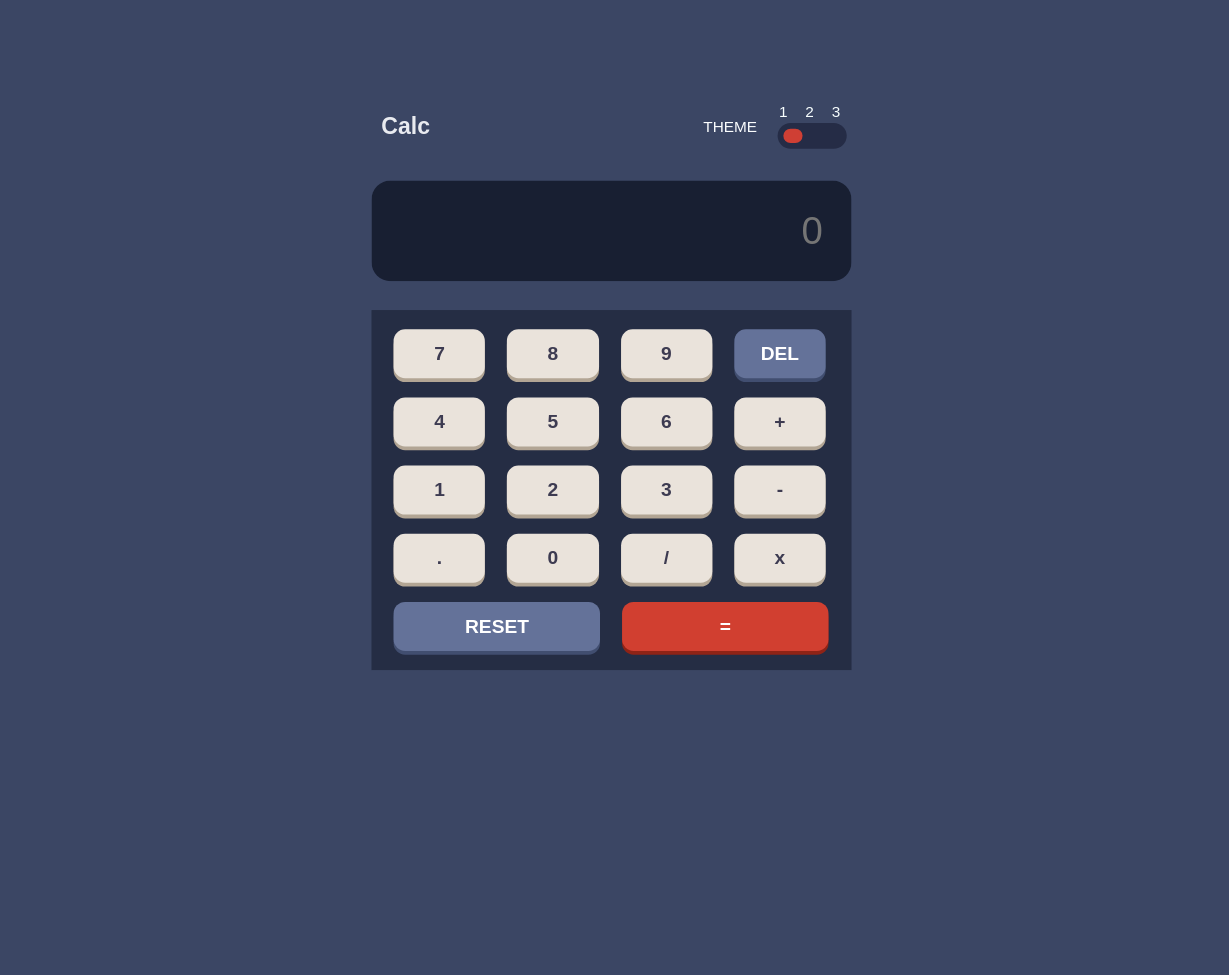
Repository: Bakyproit/Calcutor
Page: index.html
These files come from the project's save history. The page is drawn as it stood at one moment and after the next save; the edit follows.
The browser window is 1280 px wide. The pictures show the whole page, at 96% of full size.

Above is the page before, as saved 2022-02-10 13:39:35.
Console error: ReferenceError: script is not defined

### index.html
<!DOCTYPE html>
<html lang="en">
<head>
    <meta charset="UTF-8">
    <meta http-equiv="X-UA-Compatible" content="IE=edge">
    <meta name="viewport" content="width=device-width, initial-scale=1.0">
    <title>SimpleCalculatorApp</title>
    <link rel="stylesheet" href="asset/App.css">
    <link rel="stylesheet" href="asset/grid.css">
    <script src="./app.js"></script>
</head>
<body>
    <div class="container">
        <div class="app">
            <div class="app__title">
                <h1 class="app__title-name">Calc</h1>
                <div class="app__title-theme">
                    <p class="app__title-theme-name">THEME</p>
                    <div class="app__title-theme-box">
                        <div class="app__title-theme-box-number">
                            <span class="app__title-theme-box-number-1">1</span>
                            <span class="app__title-theme-box-number-2">2</span>
                            <span class="app__title-theme-box-number-3">3</span>
                        </div>
                        <div class="app__title-theme-box-toggle">
                            <label for="toggle-input" class="toggle">
                                <input type="checkbox" id="toggle-input" class="toggle__checkbox">
                                <div class="toggle__bar">
                                    <div class="toggle__spin"></div>
                                </div>
                            </label>
                        </div>
                    </div>
                </div>
            </div>

            <div class="app__result">
                <input type="text" class="app__result-output" placeholder="0" id="result">
                <!-- <h1 class="app__result-number">399,981</h1> -->
            </div>

            <div class="app__content">
                <div class="app__content-number">
                    <div class="button">
                        <span class="number" onclick="numShow('7')">7</span>
                    </div>
                    <div class="button">
                        <span class="number" onclick="numShow('8')">8</span>
                    </div>
                    <div class="button">
                        <span class="number" onclick="numShow('9')">9</span>
                    </div>
                    <div class="button button-del">
                        <span class="number number-del" onclick="numShow('DEL')">DEL</span>
                    </div>

                    <div class="button">
                        <span class="number" onclick="numShow('4')">4</span>
                    </div>
                    <div class="button">
                        <span class="number" onclick="numShow('5')">5</span>
                    </div>
                    <div class="button">
                        <span class="number" onclick="numShow('6')">6</span>
                    </div>
                    <div class="button">
                        <span class="number" onclick="numShow('+')">+</span>
                    </div>

                    <div class="button">
                        <span class="number" onclick="numShow('1')">1</span>
                    </div>
                    <div class="button">
                        <span class="number" onclick="numShow('2')">2</span>
                    </div>
                    <div class="button">
                        <span class="number" onclick="numShow('3')">3</span>
                    </div>
                    <div class="button">
                        <span class="number" onclick="numShow('-')">-</span>
                    </div>

                    <div class="button">
                        <span class="number" onclick="numShow('.')">.</span>
                    </div>
                    <div class="button">
                        <span class="number" onclick="numShow('0')">0</span>
                    </div>
                    <div class="button">
                        <span class="number" onclick="numShow('/')">/</span>
                    </div>
                    <div class="button">
                        <span class="number" onclick="numShow('x')">x</span>
                    </div>

                    <div class="app__content-number-footer">
                        <div class="button botton-reset">
                            <span class="number number-reset" onclick="numShow('RESET')">RESET</span>
                        </div>
                        <div class="button botton-return">
                            <span class="number number-return" onclick="numShow('=')">=</span>
                        </div>
                    </div>
                </div>
            </div>
        </div>
    </div>
</body>
</html>

### asset/App.css
html{
    font-family:Arial, Helvetica, sans-serif ;
    box-sizing: border-box;
    padding: 0;
    margin: 0;
}
h1{
    margin: 0;
}
body{
    background-color: #3b4664;
}

.container{
    width: 100%;
    min-height: 1000px;
    position: relative;
}
.app{
    width: 500px;
    position:absolute ;
    top:100px ;
    left:30%;

}
.app__title{
    display: flex;
    justify-content:space-between;

}
.app__title-name{
    color : #e9ebf0 ;
    font-size: 24px;
    padding: 10px;
}
.app__title-theme{
    display: flex;
}
.app__title-theme-name{
    color :20px ;
    color:#fcfeff ;
    margin-right: 16px;
}
.app__title-theme-box{
    display: flex;
    flex-direction: column;
    padding-right: 5px;
}
.app__title-theme-box-number{
    color : #f8ffff ;
}
.app__title-theme-box-number-1{
    padding: 0 7px;
}
.app__title-theme-box-number-2{
    padding: 0 7px;

}
.app__title-theme-box-number-3{
    padding: 0 7px;

}
.app__title-theme-box-toggle{
    padding-top: 2px;
    padding-left: 5px;
}
.toggle__checkbox{
    display: none;
}
.toggle__bar{
    width: 60px;
    height: 15px;
    background-color: #252c46;
    border-radius: 5rem;
    /* transition: background-color 4s linear; */
    padding: 6px;
    cursor: pointer;
}
.toggle__spin{
    width: 20px;
    height: 15px;
    background-color: #cf3f34;
    border-radius: 3rem;
    transition: transform .3s linear;
    cursor: pointer;
}
.toggle__checkbox:checked ~ .toggle__bar{
    background-color: #a2aac6;
}
.toggle__checkbox:checked + .toggle__bar .toggle__spin {
    transform: translateX(2.5rem);
}


.app__result{
    margin:30px 0;
    border-radius: 20px;
    /* color: #fff ; */
    overflow: hidden;
}
.app__result-output{
    box-sizing: border-box;
    width: 500px;
    background-color: #181f32;
    outline: none;
    border: none;
    text-align: end;
    padding: 30px;
    font-size: 40px;
}

.app__content{
    background-color: #252d44;
}
.app__content-number{
    display: flex;
    flex-wrap: wrap;
    margin: 0 12px;
}
.button{
    width: 20%;
    height: 51px;
    background-color: #eae3db;
    margin: 20px 12px 0 11px;
    display: flex;
    justify-content: center;
    align-items: center;
    border-radius: 12px ;
    box-shadow: 0px 4px #b2a594 ;
    cursor: pointer;
}
.number{
    color: #3d3b51;
    font-size: 20px;
    font-weight: 800;
}
.app__content-number-footer{
    margin-bottom: 20px;
    width: 100%;
    display: flex;

}
.botton-reset{
    flex: 1 ;
}
.button-del ,
.botton-reset{
    background-color: #647299 ;
    box-shadow: 0px 4px #414e70 ;
}
.botton-return{
    flex: 1 ;
    background-color: #d13f30 ;
    box-shadow: 0px 4px #8f2316 ;
}
.number-reset,
.number-return,
.number-del{
    color : #fff ;
    font-weight: 600;
}

### asset/grid.css
.grid {
    width: 100%;
    display: block;

}

.grid.wide {
    max-width: 1200px;
    margin: 0 auto;
}

.row {
    display: flex;
    flex-wrap: wrap;
    margin-left: -4px;
    margin-right: -4px;
}

.row.no-gutters {
    margin-left: 0;
    margin-right: 0;
}

.col {
    padding-left: 4px;
    padding-right: 4px;
}

.row.no-gutters .col {
    padding-left: 0;
    padding-right: 0;
}

.c-0 {
    display: none;
}

.c-1 {
    flex: 0 0 8.33333%;
    max-width: 8.33333%;
}

.c-2 {
    flex: 0 0 16.66667%;
    max-width: 16.66667%;
}

.c-3 {
    flex: 0 0 25%;
    max-width: 25%;
}

.c-4 {
    flex: 0 0 33.33333%;
    max-width: 33.33333%;
}

.c-5 {
    flex: 0 0 41.66667%;
    max-width: 41.66667%;
}

.c-6 {
    flex: 0 0 50%;
    max-width: 50%;
}

.c-7 {
    flex: 0 0 58.33333%;
    max-width: 58.33333%;
}

.c-8 {
    flex: 0 0 66.66667%;
    max-width: 66.66667%;
}

.c-9 {
    flex: 0 0 75%;
    max-width: 75%;
}

.c-10 {
    flex: 0 0 83.33333%;
    max-width: 83.33333%;
}

.c-11 {
    flex: 0 0 91.66667%;
    max-width: 91.66667%;
}

.c-12 {
    flex: 0 0 100%;
    max-width: 100%;
}

.c-o-1 {
    margin-left: 8.33333%;
}

.c-o-2 {
    margin-left: 16.66667%;
}

.c-o-3 {
    margin-left: 25%;
}

.c-o-4 {
    margin-left: 33.33333%;
}

.c-o-5 {
    margin-left: 41.66667%;
}

.c-o-6 {
    margin-left: 50%;
}

.c-o-7 {
    margin-left: 58.33333%;
}

.c-o-8 {
    margin-left: 66.66667%;
}

.c-o-9 {
    margin-left: 75%;
}

.c-o-10 {
    margin-left: 83.33333%;
}

.c-o-11 {
    margin-left: 91.66667%;
}

/* >= Tablet */
@media (min-width: 740px) {
    .row {
        margin-left: -8px;
        margin-right: -8px;
    }

    .col {
        padding-left: 8px;
        padding-right: 8px;
    }

    .m-0 {
        display: none;
    }

    .m-1,
    .m-2,
    .m-3,
    .m-4,
    .m-5,
    .m-6,
    .m-7,
    .m-8,
    .m-9,
    .m-10,
    .m-11,
    .m-12 {
        display: block;
    }

    .m-1 {
        flex: 0 0 8.33333%;
        max-width: 8.33333%;
    }

    .m-2 {
        flex: 0 0 16.66667%;
        max-width: 16.66667%;
    }

    .m-3 {
        flex: 0 0 25%;
        max-width: 25%;
    }

    .m-4 {
        flex: 0 0 33.33333%;
        max-width: 33.33333%;
    }

    .m-5 {
        flex: 0 0 41.66667%;
        max-width: 41.66667%;
    }

    .m-6 {
        flex: 0 0 50%;
        max-width: 50%;
    }

    .m-7 {
        flex: 0 0 58.33333%;
        max-width: 58.33333%;
    }

    .m-8 {
        flex: 0 0 66.66667%;
        max-width: 66.66667%;
    }

    .m-9 {
        flex: 0 0 75%;
        max-width: 75%;
    }

    .m-10 {
        flex: 0 0 83.33333%;
        max-width: 83.33333%;
    }

    .m-11 {
        flex: 0 0 91.66667%;
        max-width: 91.66667%;
    }

    .m-12 {
        flex: 0 0 100%;
        max-width: 100%;
    }

    .m-o-1 {
        margin-left: 8.33333%;
    }

    .m-o-2 {
        margin-left: 16.66667%;
    }

    .m-o-3 {
        margin-left: 25%;
    }

    .m-o-4 {
        margin-left: 33.33333%;
    }

    .m-o-5 {
        margin-left: 41.66667%;
    }

    .m-o-6 {
        margin-left: 50%;
    }

    .m-o-7 {
        margin-left: 58.33333%;
    }

    .m-o-8 {
        margin-left: 66.66667%;
    }

    .m-o-9 {
        margin-left: 75%;
    }

    .m-o-10 {
        margin-left: 83.33333%;
    }

    .m-o-11 {
        margin-left: 91.66667%;
    }
}

/* PC medium resolution > */
@media (min-width: 1113px) {
    .row {
        margin-left: -6px;
        margin-right: -6px;
    }

    .row.sm-gutter {
        margin-left: -5px;
        margin-right: -5px;
    }

    .col {
        padding-left: 6px;
        padding-right: 6px;
    }

    .row.sm-gutter .col {
        padding-left: 5px;
        padding-right: 5px;
    }

    .l-0 {
        display: none;
    }

    .l-1,
    .l-2,
    .l-2-4,
    .l-3,
    .l-4,
    .l-5,
    .l-6,
    .l-7,
    .l-8,
    .l-9,
    .l-10,
    .l-11,
    .l-12 {
        display: block;
    }

    .l-1 {
        flex: 0 0 8.33333%;
        max-width: 8.33333%;
    }

    .l-2 {
        flex: 0 0 16.66667%;
        max-width: 16.66667%;
    }

    .l-2-4 {
        flex: 0 0 20%;
        max-width: 20%;
    }

    .l-3 {
        flex: 0 0 25%;
        max-width: 25%;
    }

    .l-4 {
        flex: 0 0 33.33333%;
        max-width: 33.33333%;
    }

    .l-5 {
        flex: 0 0 41.66667%;
        max-width: 41.66667%;
    }

    .l-6 {
        flex: 0 0 50%;
        max-width: 50%;
    }

    .l-7 {
        flex: 0 0 58.33333%;
        max-width: 58.33333%;
    }

    .l-8 {
        flex: 0 0 66.66667%;
        max-width: 66.66667%;
    }

    .l-9 {
        flex: 0 0 75%;
        max-width: 75%;
    }

    .l-10 {
        flex: 0 0 83.33333%;
        max-width: 83.33333%;
    }

    .l-11 {
        flex: 0 0 91.66667%;
        max-width: 91.66667%;
    }

    .l-12 {
        flex: 0 0 100%;
        max-width: 100%;
    }

    .l-o-1 {
        margin-left: 8.33333%;
    }

    .l-o-2 {
        margin-left: 16.66667%;
    }

    .l-o-3 {
        margin-left: 25%;
    }

    .l-o-4 {
        margin-left: 33.33333%;
    }

    .l-o-5 {
        margin-left: 41.66667%;
    }

    .l-o-6 {
        margin-left: 50%;
    }

    .l-o-7 {
        margin-left: 58.33333%;
    }

    .l-o-8 {
        margin-left: 66.66667%;
    }

    .l-o-9 {
        margin-left: 75%;
    }

    .l-o-10 {
        margin-left: 83.33333%;
    }

    .l-o-11 {
        margin-left: 91.66667%;
    }
}

/* Tablet - PC low resolution */
@media (min-width: 740px) and (max-width: 1023px) {
    .wide {
        width: 644px;
    }
}

/* > PC low resolution */
@media (min-width: 1024px) and (max-width: 1239px) {
    .wide {
        width: 984px;
    }

    .wide .row {
        margin-left: -12px;
        margin-right: -12px;
    }

    .wide .row.sm-gutter {
        margin-left: -5px;
        margin-right: -5px;
    }

    .wide .col {
        padding-left: 12px;
        padding-right: 12px;
    }

    .wide .row.sm-gutter .col {
        padding-left: 5px;
        padding-right: 5px;
    }

    .wide .l-0 {
        display: none;
    }

    .wide .l-1,
    .wide .l-2,
    .wide .l-2-4,
    .wide .l-3,
    .wide .l-4,
    .wide .l-5,
    .wide .l-6,
    .wide .l-7,
    .wide .l-8,
    .wide .l-9,
    .wide .l-10,
    .wide .l-11,
    .wide .l-12 {
        display: block;
    }

    .wide .l-1 {
        flex: 0 0 8.33333%;
        max-width: 8.33333%;
    }

    .wide .l-2 {
        flex: 0 0 16.66667%;
        max-width: 16.66667%;
    }

    .wide .l-2-4 {
        flex: 0 0 20%;
        max-width: 20%;
    }

    .wide .l-3 {
        flex: 0 0 25%;
        max-width: 25%;
    }

    .wide .l-4 {
        flex: 0 0 33.33333%;
        max-width: 33.33333%;
    }

    .wide .l-5 {
        flex: 0 0 41.66667%;
        max-width: 41.66667%;
    }

    .wide .l-6 {
        flex: 0 0 50%;
        max-width: 50%;
    }

    .wide .l-7 {
        flex: 0 0 58.33333%;
        max-width: 58.33333%;
    }

    .wide .l-8 {
        flex: 0 0 66.66667%;
        max-width: 66.66667%;
    }

    .wide .l-9 {
        flex: 0 0 75%;
        max-width: 75%;
    }

    .wide .l-10 {
        flex: 0 0 83.33333%;
        max-width: 83.33333%;
    }

    .wide .l-11 {
        flex: 0 0 91.66667%;
        max-width: 91.66667%;
    }

    .wide .l-12 {
        flex: 0 0 100%;
        max-width: 100%;
    }

    .wide .l-o-1 {
        margin-left: 8.33333%;
    }

    .wide .l-o-2 {
        margin-left: 16.66667%;
    }

    .wide .l-o-3 {
        margin-left: 25%;
    }

    .wide .l-o-4 {
        margin-left: 33.33333%;
    }

    .wide .l-o-5 {
        margin-left: 41.66667%;
    }

    .wide .l-o-6 {
        margin-left: 50%;
    }

    .wide .l-o-7 {
        margin-left: 58.33333%;
    }

    .wide .l-o-8 {
        margin-left: 66.66667%;
    }

    .wide .l-o-9 {
        margin-left: 75%;
    }

    .wide .l-o-10 {
        margin-left: 83.33333%;
    }

    .wide .l-o-11 {
        margin-left: 91.66667%;
    }
}

Loaded but not shown: app.js (common file)

After the next save:
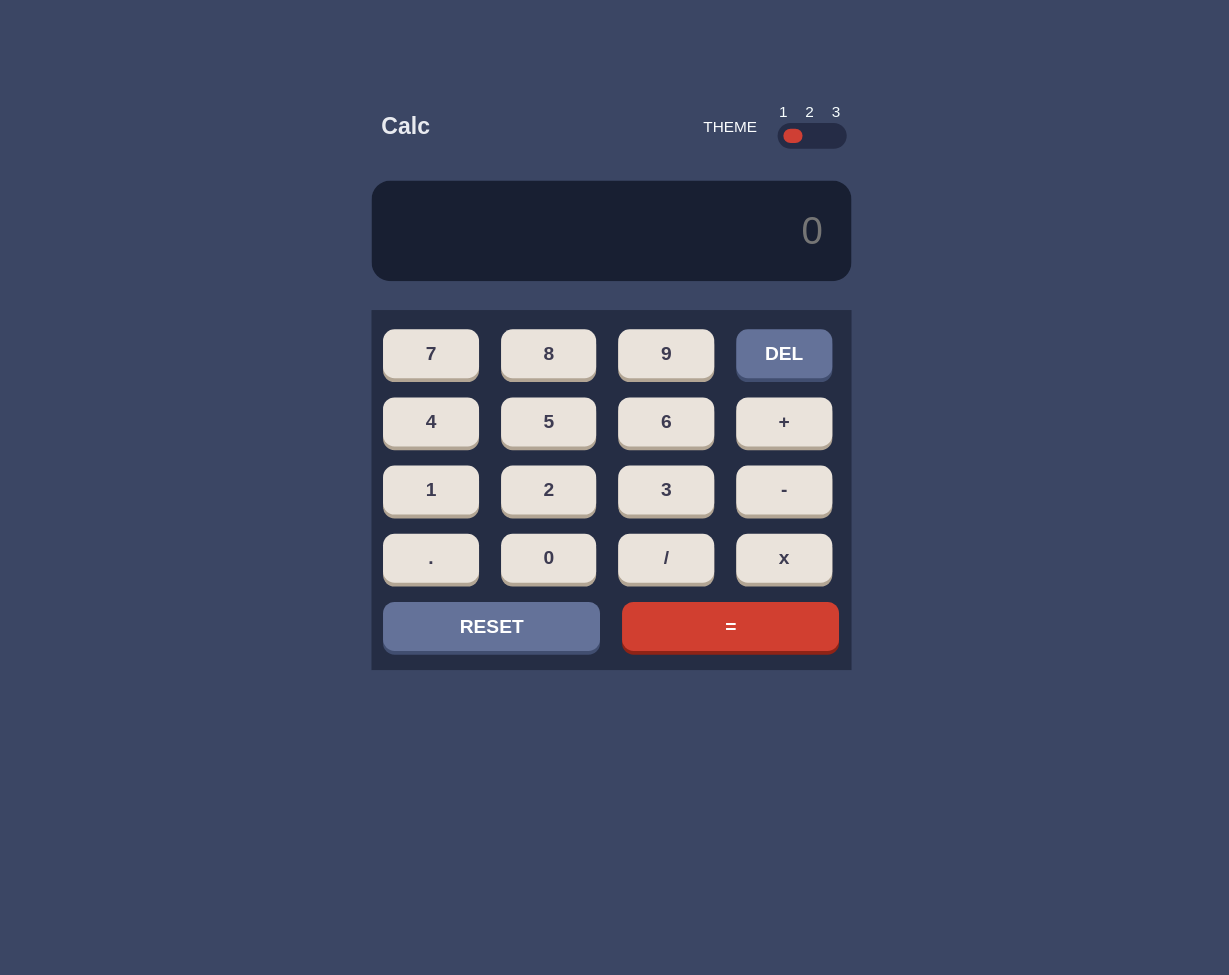
Saved 117 s later.
--- a/asset/App.css
+++ b/asset/App.css
@@ -115,7 +115,7 @@ body{
 .app__content-number{
     display: flex;
     flex-wrap: wrap;
-    margin: 0 12px;
+    margin: 0 1px;
 }
 .button{
     width: 20%;
